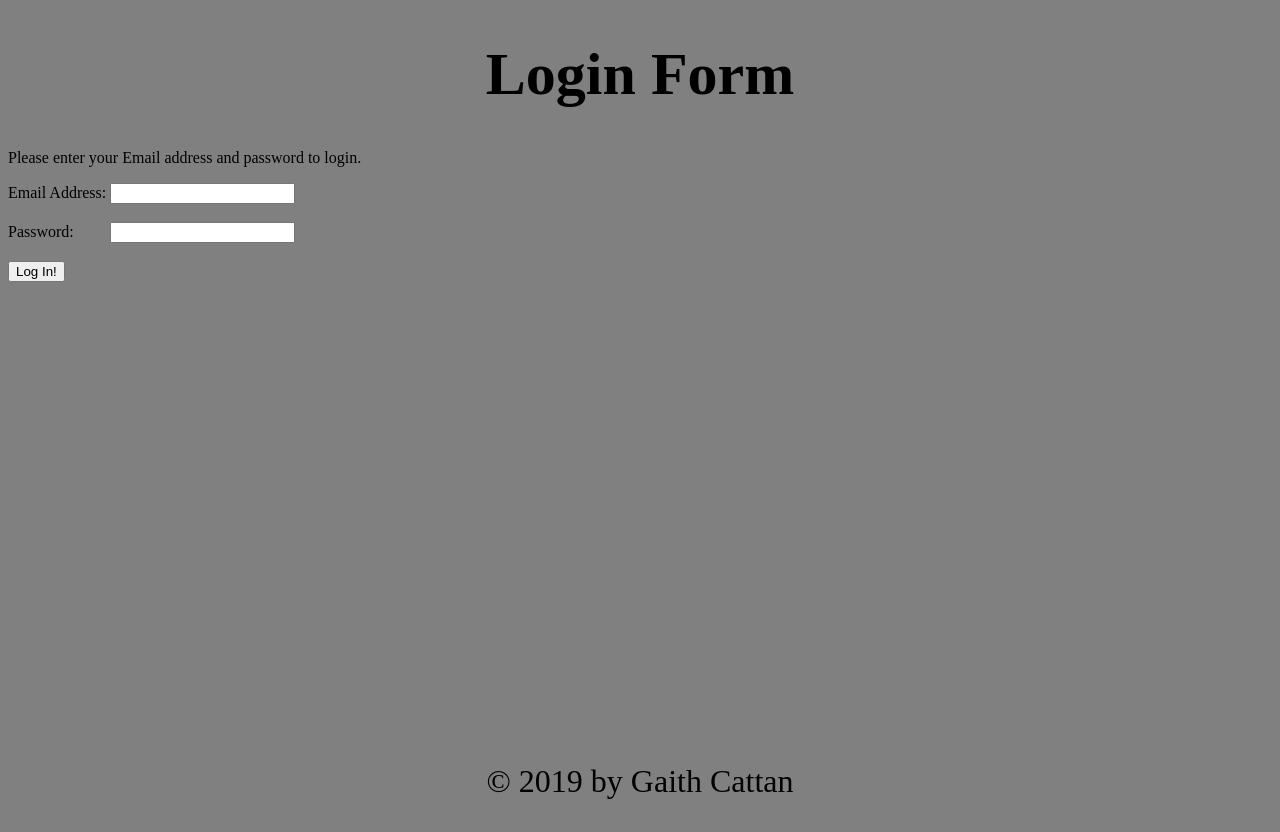
Repository: GaithCattan/COSW30
Page: labwork/lab2/registration.html
The author's editor kept a record of every edit. The page is drawn from the files as they stood at one moment, then again after the next edit.
The browser window is 1280 px wide. The pictures show the whole page.

Above is the page before.

### labwork/lab2/registration.html

<!doctype html>
<html>
    <head>
         <meta charset="utf-8">
         <title>Registration Form</title>
        <style>
          body {background-color: grey;}
          h1 {text-align: center; font-size: 60px; margin-top: 40px;}
          footer {font-size: 2em; color: black; text-align: center; margin-top: 38%;}
        </style>

    </head>
    <body>

        <h1>Login Form</h1>
        <p>Please enter your Email address and password to login.</p>

         <form action="process-login.php" method="POST">
             <lable for="email">Email Address:</lable>
             <input type="text" id="email" name="email" required>
             <br><br>
             <lable for="password">Password: &nbsp&nbsp&nbsp&nbsp&nbsp&nbsp&nbsp</lable>
             <input type="text" id="password" name="password" required>
             <br><br>
             <button>Log In!</button>



         </form>

    </body>

    <footer>
        <p>&copy; 2019 by Gaith Cattan</p>
    </footer>

</html>

After the next edit:
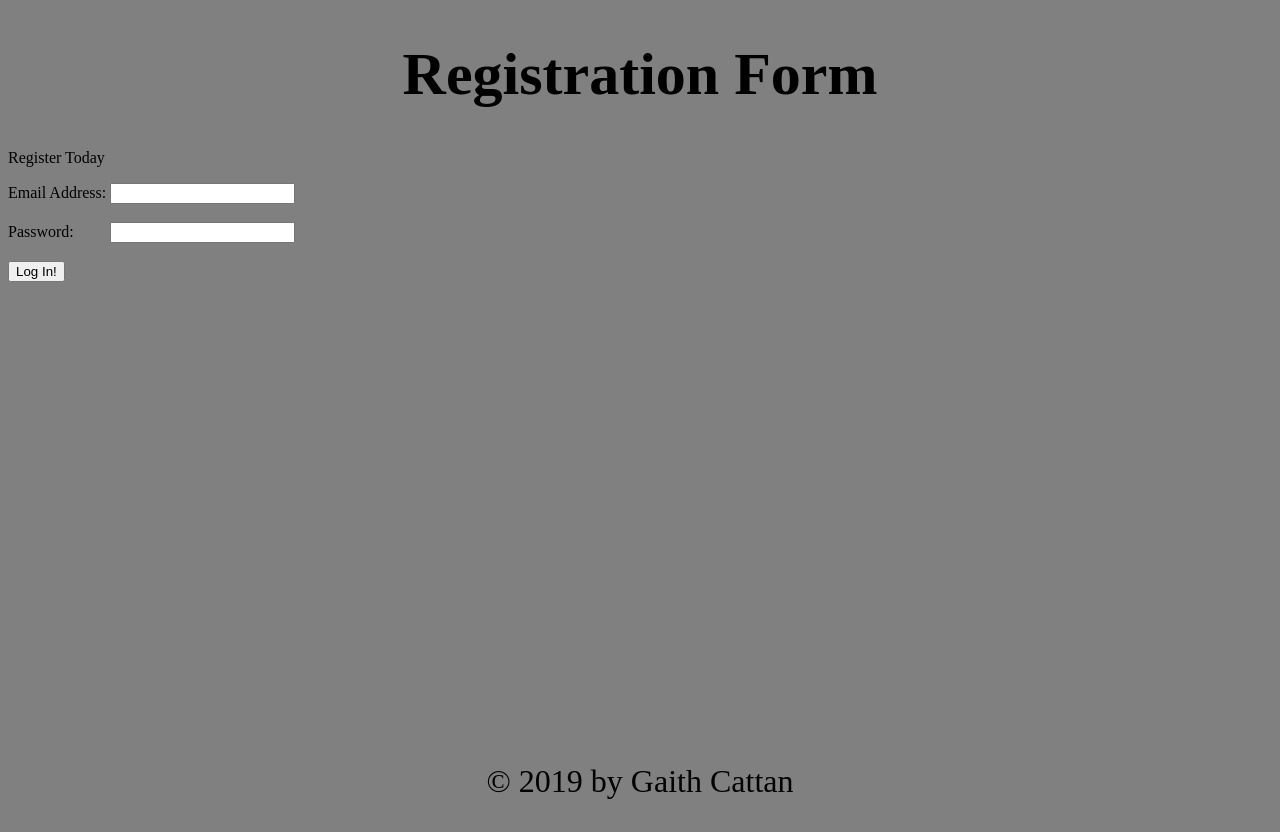
The edit:
--- a/labwork/lab2/registration.html
+++ b/labwork/lab2/registration.html
@@ -13,8 +13,8 @@
     </head>
     <body>
 
-        <h1>Login Form</h1>
-        <p>Please enter your Email address and password to login.</p>
+        <h1>Registration Form</h1>
+        <p>Register Today</p>
 
          <form action="process-login.php" method="POST">
              <lable for="email">Email Address:</lable>
